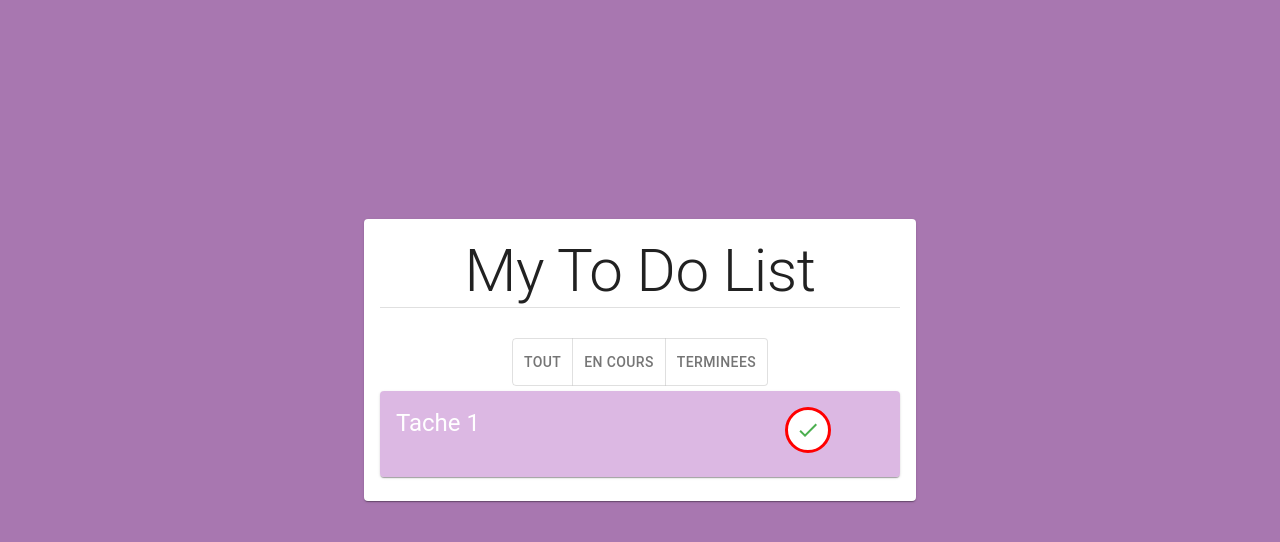
Repository: Fathiyasmine/Todo-list-project
Page: /
The author's editor kept a copy of each file at every save. The page is drawn from the files as they stood at one save, then again after the next save.
The browser window is 1280 px wide. The pictures show the whole page.
The project was rebuilt for these pictures with package versions that can differ from the ones it lists, and the page was loaded fresh each time.

Above is the page before, as saved 2025-12-07 18:31:19.

After the next save:
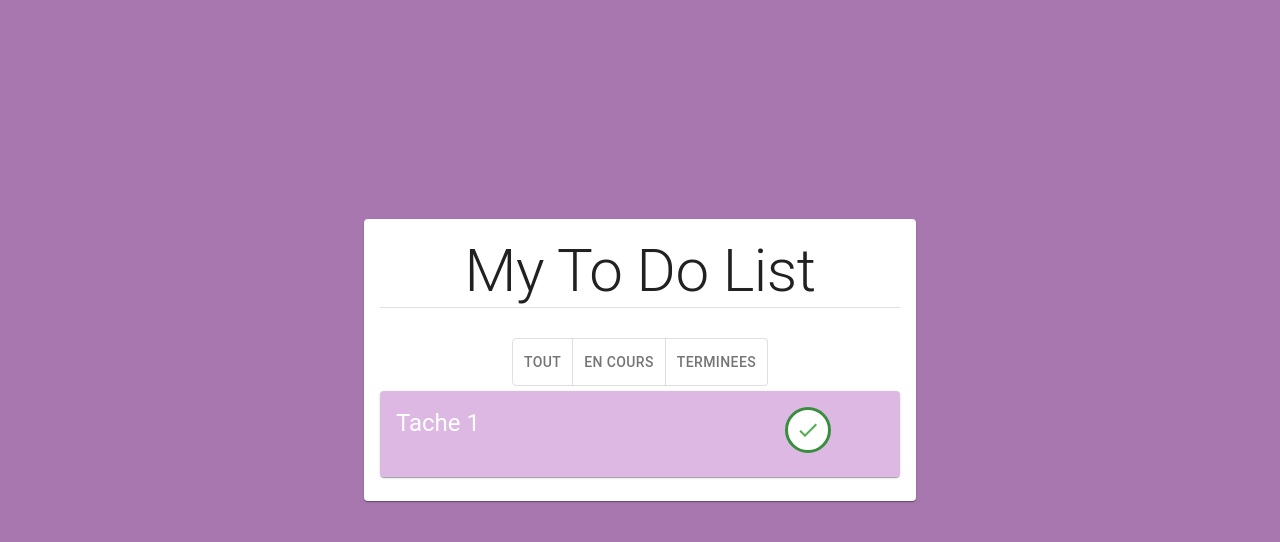
Saved 11 s later.
--- a/src/components/Todo.js
+++ b/src/components/Todo.js
@@ -27,7 +27,7 @@ export default function Todo() {
                 style={{
                   color: "#4CAF50",
                   background: "white",
-                  border: "solid 3px red",
+                  border: "solid 3px #388E3C",
                 }}
               >
                 <CheckIcon />
